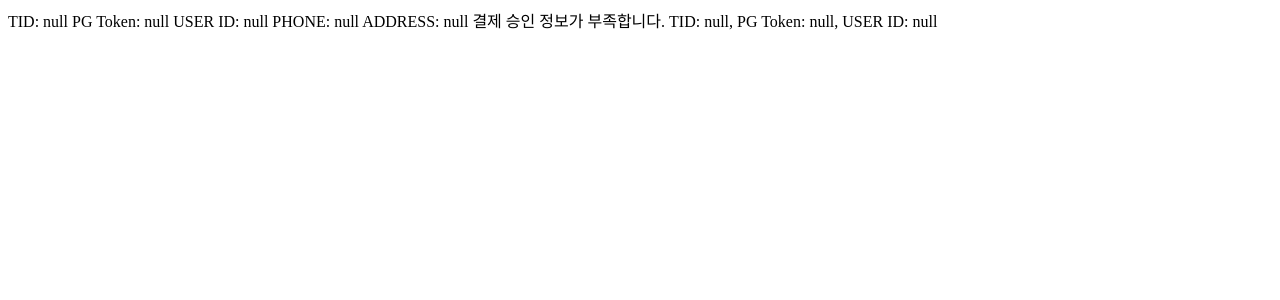
Repository: 0823-01/MonoLiving
Page: http://localhost/shoppingMall/views/api/kakaoPaySuccess.jsp
The author's editor kept a copy of each file at every save. The page is drawn from the files as they stood at one save, then again after the next save.
The browser window is 1280 px wide. The pictures show the whole page.
The page is served by Tomcat 9. Other server files are loaded and not shown.

Above is the page before, as saved 2024-10-30 15:19:52.

### shoppingMall/src/main/webapp/views/api/kakaoPaySuccess.jsp
<%@ page language="java" contentType="text/html; charset=UTF-8" pageEncoding="UTF-8"%>
<%@ page import="java.io.*, java.net.HttpURLConnection, java.net.URL" %>
<%@ page import="org.json.simple.JSONObject" %>
<%@ page import="org.json.simple.parser.JSONParser" %>
<%@ page import="java.sql.*" %>
<%@ page import="com.kh.common.JDBCTemplate" %>
<%@ page import="com.kh.member.model.vo.Member" %>
<%@ page import="javax.servlet.http.HttpSession" %>
<%@ page import="java.util.UUID" %> <!-- UUID 추가 -->

<!DOCTYPE html>
<html lang="ko">
<head>
    <meta charset="UTF-8">
    <title>카카오페이 결제 완료</title>
</head>
<body>

<%
    // 세션 가져오기
    HttpSession userSession = request.getSession();
    String apiUrl = "https://kapi.kakao.com/v1/payment/approve";
    String adminKey = "3cf90ec67e8e09bae787a5b2e11a21f0"; // 카카오 관리자 키
    String tid = (String) userSession.getAttribute("tid"); // 세션에서 TID 가져오기
    String pg_token = request.getParameter("pg_token"); // 결제 성공 후 받는 pg_token

    // 세션에서 로그인한 사용자 정보 가져오기
    Member loginUser = (Member) userSession.getAttribute("loginUser");
    String userId = (loginUser != null) ? loginUser.getUserId() : null; // 사용자 ID 가져오기
    String phone = (loginUser != null) ? loginUser.getPhone() : null; // 사용자 전화번호 가져오기
    String address = (loginUser != null) ? loginUser.getAddress() : null; // 사용자 주소 가져오기
    String totalPriceStr = request.getParameter("totalPrice");
    int totalPrice = 0;

    // 총 금액 형식 변환
    if (totalPriceStr != null) {
        try {
            totalPrice = Integer.parseInt(totalPriceStr);
        } catch (NumberFormatException e) {
            response.getWriter().println("총 금액 형식이 잘못되었습니다.");
            return;
        }
    }

    // TID, PG Token, USER ID 출력
    response.getWriter().println("TID: " + tid);
    response.getWriter().println("PG Token: " + pg_token);
    response.getWriter().println("USER ID: " + userId);
    response.getWriter().println("PHONE: " + phone);
    response.getWriter().println("ADDRESS: " + address); // 주소 출력

    if (tid != null && pg_token != null && userId != null && phone != null) {
        HttpURLConnection conn = null;
        Connection dbConn = null;

        try {
            // 카카오 결제 승인 요청
            URL url = new URL(apiUrl);
            conn = (HttpURLConnection) url.openConnection();
            conn.setRequestMethod("POST");
            conn.setRequestProperty("Authorization", "KakaoAK " + adminKey);
            conn.setRequestProperty("Content-Type", "application/x-www-form-urlencoded;charset=UTF-8");

            String params = "cid=TC0ONETIME" +
                    "&tid=" + tid +
                    "&partner_order_id=order_id_1234" + // 실제 주문 ID로 교체 필요
                    "&partner_user_id=" + userId + // 사용자 ID를 사용
                    "&pg_token=" + pg_token;

            conn.setDoOutput(true);
            try (DataOutputStream dos = new DataOutputStream(conn.getOutputStream())) {
                dos.writeBytes(params);
                dos.flush();
            }

            int responseCode = conn.getResponseCode();
            if (responseCode == HttpURLConnection.HTTP_OK) {
                InputStream is = conn.getInputStream();
                BufferedReader br = new BufferedReader(new InputStreamReader(is, "UTF-8"));
                StringBuilder sb = new StringBuilder();
                String line;
                while ((line = br.readLine()) != null) {
                    sb.append(line);
                }
                br.close();

                JSONParser parser = new JSONParser();
                JSONObject responseJson = (JSONObject) parser.parse(sb.toString());

                // 결제 성공 메시지 출력
                response.getWriter().println("결제가 성공적으로 완료되었습니다.");

                // 결제 금액 가져오기
                JSONObject amountJson = (JSONObject) responseJson.get("amount");
                if (amountJson != null) {
                    Long totalAmount = (Long) amountJson.get("total");

                    // 데이터베이스에 결제 정보 저장
                    dbConn = JDBCTemplate.getConnection();
                    try (PreparedStatement pstmt = dbConn.prepareStatement(
                            "INSERT INTO PAYMENT_INFO (ID, tid, pg_token, user_id, payment_status, amount) " +
                            "VALUES (payment_info_seq.NEXTVAL, ?, ?, ?, ?, ?)")) {
                        pstmt.setString(1, tid);
                        pstmt.setString(2, pg_token);
                        pstmt.setString(3, userId);
                        pstmt.setString(4, "SUCCESS");
                        pstmt.setLong(5, totalAmount);

                        int rowsAffected = pstmt.executeUpdate();
                        if (rowsAffected > 0) {
                            JDBCTemplate.commit(dbConn); // 커밋
                            response.getWriter().println("결제 정보가 데이터베이스에 저장되었습니다.");

                            // 주문 정보를 가져오기 위한 쿼리
                            String recipient = ""; // 수령인 이름 초기화

                            // 사용자 이름 조회
                            try (PreparedStatement userStmt = dbConn.prepareStatement(
                                    "SELECT USER_NAME FROM MEMBER WHERE USER_ID = ?")) {
                                userStmt.setString(1, userId);
                                ResultSet rs = userStmt.executeQuery();
                                if (rs.next()) {
                                    recipient = rs.getString("USER_NAME"); // 사용자 이름을 수령인으로 설정
                                }
                            } catch (SQLException e) {
                                e.printStackTrace(response.getWriter());
                            }

                            // paycode 생성
                            String paycode = UUID.randomUUID().toString(); // UUID로 paycode 생성

                            // orders 테이블에 주문 정보 저장
                            try (PreparedStatement orderStmt = dbConn.prepareStatement(
                                    "INSERT INTO ORDERS (ORDER_NO, USER_ID, TOTAL_PRICE, RECIPIENT, ADDRESS, PHONE, STATUS, PAY_CODE, ORDER_ENFORLL) " +
                                    "VALUES (orders_seq.NEXTVAL, ?, ?, ?, ?, ?, ?, ?, sysdate)")) {
                                orderStmt.setString(1, userId); // userId가 올바른지 확인
                                orderStmt.setLong(2, totalPrice);
                                orderStmt.setString(3, recipient); // 수령인 이름 (사용자 이름)
                                orderStmt.setString(4, address);
                                orderStmt.setString(5, phone); // 사용자 전화번호를 추가
                                orderStmt.setString(6, "1");
                                orderStmt.setString(7, paycode); // paycode 저장

                                int orderRowsAffected = orderStmt.executeUpdate();
                                if (orderRowsAffected > 0) {
                                    // 성공적으로 저장된 경우
                                    JDBCTemplate.commit(dbConn);
                                    response.getWriter().println("주문 정보가 orders 테이블에 저장되었습니다.");
                                } else {
                                    JDBCTemplate.rollback(dbConn);
                                    response.getWriter().println("주문 정보 저장 중 오류가 발생했습니다.");
                                }
                            } catch (SQLException e) {
                                e.printStackTrace(response.getWriter());
                                JDBCTemplate.rollback(dbConn);
                                response.getWriter().println("SQLException: " + e.getMessage());
                            }
                        } else {
                            JDBCTemplate.rollback(dbConn); // 롤백
                            response.getWriter().println("결제 정보 저장 중 오류가 발생했습니다.");
                        }
                    } catch (SQLException e) {
                        e.printStackTrace(response.getWriter());
                        JDBCTemplate.rollback(dbConn); // 롤백
                        response.getWriter().println("SQLException: " + e.getMessage());
                    }
                } else {
                    response.getWriter().println("결제 금액을 가져오는 데 실패했습니다. 응답: " + responseJson.toString());
                }
            } else {
                // 오류 응답 처리
                InputStream errStream = conn.getErrorStream();
                BufferedReader errBr = new BufferedReader(new InputStreamReader(errStream, "UTF-8"));
                StringBuilder errSb = new StringBuilder();
                String errLine;
                while ((errLine = errBr.readLine()) != null) {
                    errSb.append(errLine);
                }
                errBr.close();
                response.getWriter().println("결제 승인 요청 중 오류가 발생했습니다. 응답 코드: " + responseCode);
                response.getWriter().println("오류 메시지: " + errSb.toString());
            }
        } catch (Exception e) {
            e.printStackTrace(response.getWriter());
        } finally {
            if (conn != null) {
                conn.disconnect();
            }
            if (dbConn != null) {
                JDBCTemplate.close(dbConn); // dbConn 닫기
            }
        }
    } else {
        response.getWriter().println("결제 승인 정보가 부족합니다. TID: " + tid + ", PG Token: " + pg_token + ", USER ID: " + userId);
    }
%>
</body>
</html>

After the next save:
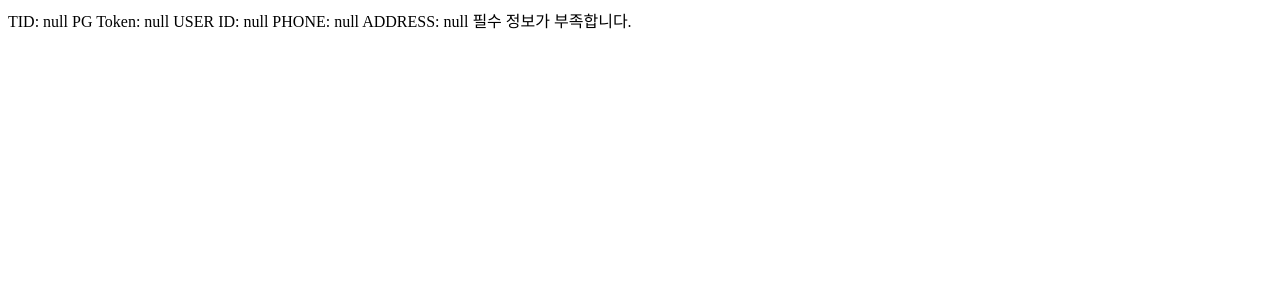
Saved 4 min 52 s later.
--- a/shoppingMall/src/main/webapp/views/api/kakaoPaySuccess.jsp
+++ b/shoppingMall/src/main/webapp/views/api/kakaoPaySuccess.jsp
@@ -6,7 +6,7 @@
 <%@ page import="com.kh.common.JDBCTemplate" %>
 <%@ page import="com.kh.member.model.vo.Member" %>
 <%@ page import="javax.servlet.http.HttpSession" %>
-<%@ page import="java.util.UUID" %> <!-- UUID 추가 -->
+<%@ page import="java.util.UUID" %>
 
 <!DOCTYPE html>
 <html lang="ko">
@@ -31,6 +31,9 @@
     String address = (loginUser != null) ? loginUser.getAddress() : null; // 사용자 주소 가져오기
     String totalPriceStr = request.getParameter("totalPrice");
     int totalPrice = 0;
+
+    // 배송 요청 사항 가져오기
+    String deliveryRequest = request.getParameter("delivery_request"); // delivery_request 파라미터 가져오기
 
     // 총 금액 형식 변환
     if (totalPriceStr != null) {
@@ -131,8 +134,8 @@
 
                             // orders 테이블에 주문 정보 저장
                             try (PreparedStatement orderStmt = dbConn.prepareStatement(
-                                    "INSERT INTO ORDERS (ORDER_NO, USER_ID, TOTAL_PRICE, RECIPIENT, ADDRESS, PHONE, STATUS, PAY_CODE, ORDER_ENFORLL) " +
-                                    "VALUES (orders_seq.NEXTVAL, ?, ?, ?, ?, ?, ?, ?, sysdate)")) {
+                                    "INSERT INTO ORDERS (ORDER_NO, USER_ID, TOTAL_PRICE, RECIPIENT, ADDRESS, PHONE, STATUS, PAY_CODE, ORDER_ENFORLL, RES_REQUIREMENT) " + // RES_REQUIREMENT 추가
+                                    "VALUES (orders_seq.NEXTVAL, ?, ?, ?, ?, ?, ?, ?, sysdate, ?)")) { // RES_REQUIREMENT 추가
                                 orderStmt.setString(1, userId); // userId가 올바른지 확인
                                 orderStmt.setLong(2, totalPrice);
                                 orderStmt.setString(3, recipient); // 수령인 이름 (사용자 이름)
@@ -140,6 +143,7 @@
                                 orderStmt.setString(5, phone); // 사용자 전화번호를 추가
                                 orderStmt.setString(6, "1");
                                 orderStmt.setString(7, paycode); // paycode 저장
+                                orderStmt.setString(8, deliveryRequest); // 배송 요청 사항 추가
 
                                 int orderRowsAffected = orderStmt.executeUpdate();
                                 if (orderRowsAffected > 0) {
@@ -186,12 +190,10 @@
             if (conn != null) {
                 conn.disconnect();
             }
-            if (dbConn != null) {
-                JDBCTemplate.close(dbConn); // dbConn 닫기
-            }
+            JDBCTemplate.close(dbConn);
         }
     } else {
-        response.getWriter().println("결제 승인 정보가 부족합니다. TID: " + tid + ", PG Token: " + pg_token + ", USER ID: " + userId);
+        response.getWriter().println("필수 정보가 부족합니다.");
     }
 %>
 </body>
